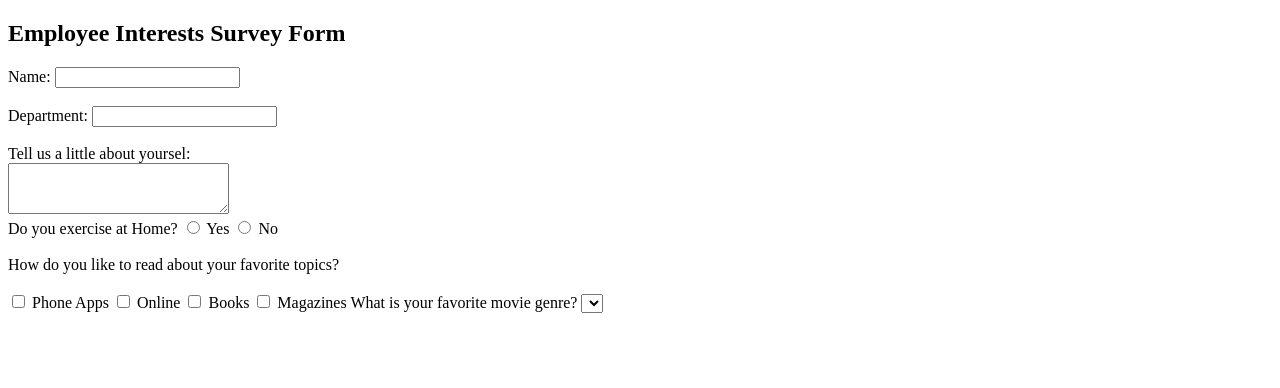
Repository: JoaoLemesDEV/Exercise-Survey-Form
Page: index.html
An editor plug-in stored every save of this project. The page is shown before and after a run of saves, followed by the edit.
The browser window is 1280 px wide. The pictures show the whole page.

Above is the page before, as saved 2021-10-10 18:30:57.

### index.html
<!DOCTYPE html>
<html lang="en">
<head>
  <meta charset="UTF-8">
  <meta http-equiv="X-UA-Compatible" content="IE=edge">
  <meta name="viewport" content="width=device-width, initial-scale=1.0">
  <title>Survey Form</title>
</head>
<body>
  <h2>Employee Interests Survey Form</h2>
  <label for="name">Name: </label>
  <input type="text" name="name" id=""><br><br>
  <label for="dep">Department:</label>
  <input type="text" name="dep" id=""><br><br>
  <label for="comment">Tell us a little about yoursel:</label><br>
  <textarea name="comment" id="comment" cols="25" rows="3"></textarea><br>
  <label for="question01">Do you exercise at Home?</label>
    <input type="radio" name="question01" id="question01">
      <label for="question01">Yes</label>
    <input type="radio" name="question01" id="question01">
      <label for="question01">No</label><br><br>
  <label for="">How do you like to read about your favorite topics?</label><br><br>
  <input type="checkbox" name="" id="">
    <label for="">Phone Apps</label>
  <input type="checkbox" name="" id="">
    <label for="">Online</label>
  <input type="checkbox" name="" id="">
    <label for="">Books</label>
  <input type="checkbox" name="" id="">
    <label for="">Magazines</label>
  <label for="">What is your favorite movie genre?</label>
  <select name="" id="">Choose...</select>
</body>
</html>

After the next 2 saves:
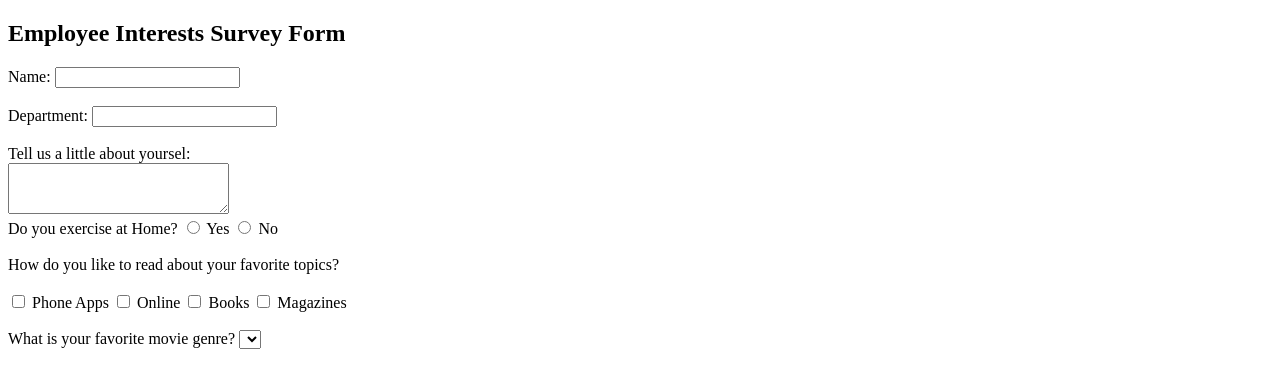
The 2 saves are shown as one change because they came seconds apart.
The last was saved 11 s later.
--- a/index.html
+++ b/index.html
@@ -27,7 +27,7 @@
   <input type="checkbox" name="" id="">
     <label for="">Books</label>
   <input type="checkbox" name="" id="">
-    <label for="">Magazines</label>
+    <label for="">Magazines</label><br><br>
   <label for="">What is your favorite movie genre?</label>
   <select name="" id="">Choose...</select>
 </body>
